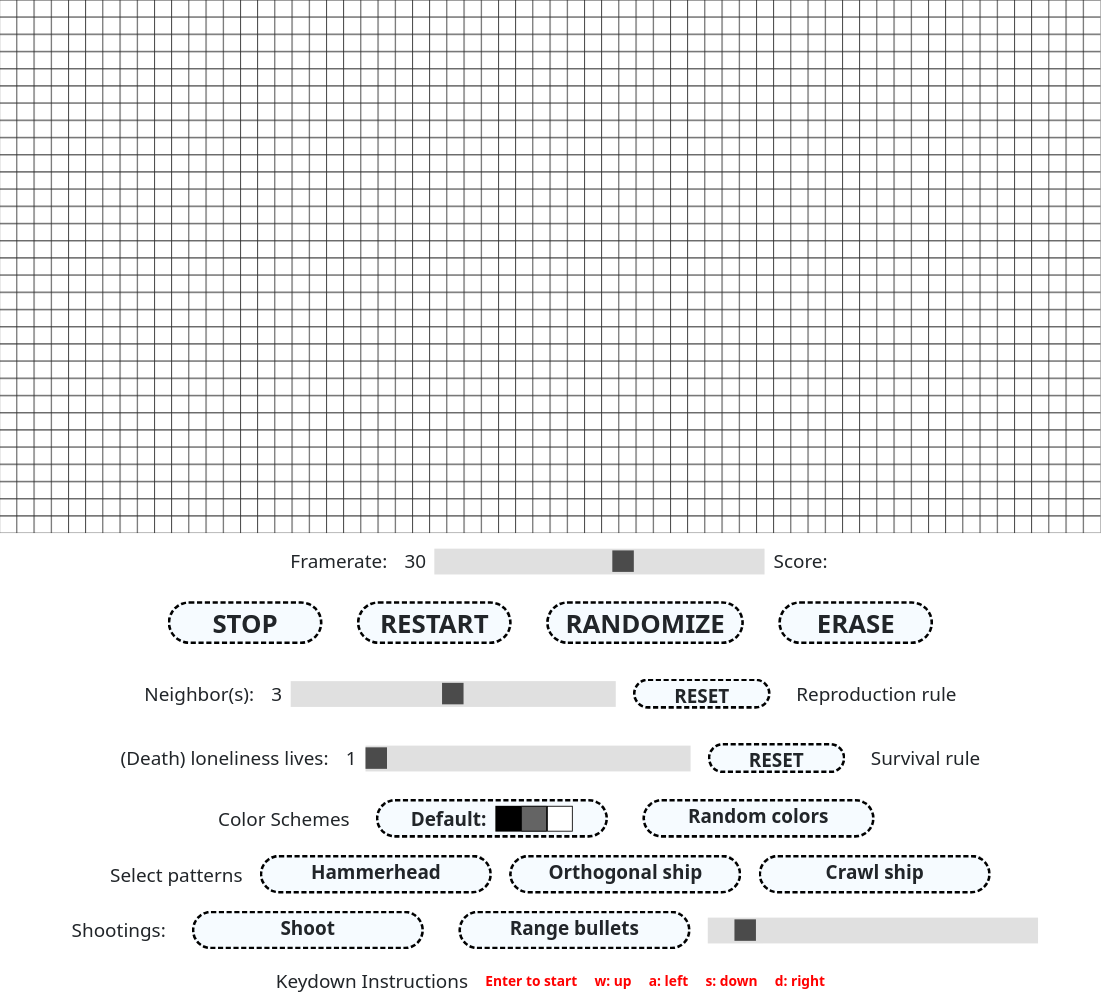
Repository: luckychxn123/game-of-life-22
Page: wef008.html
The author's editor kept a copy of each file at every save. The page is drawn from the files as they stood at one save, then again after the next save.
The browser window is 1280 px wide. The page is 1290 px wide, so the pictures cover 1290 px, including what lies to the right of the window. The pictures show the whole page, at 86% of full size.
Some web libraries are served in a nearby version.

Above is the page before, as saved 2022-08-20 22:32:26.

### wef008.html
<!DOCTYPE html>
<html lang="en">
<head>
    <meta charset="UTF-8">
    <meta http-equiv="X-UA-Compatible" content="IE=edge">
    <meta name="viewport" content="width=device-width, initial-scale=1.0">
    <title>game of life</title>
    <link href="https://cdn.jsdelivr.net/npm/bootstrap@5.0.2/dist/css/bootstrap.min.css"
        rel="stylesheet" integrity="sha384-EVSTQN3/azprG1Anm3QDgpJLIm9Nao0Yz1ztcQTwFspd3yD65VohhpuuCOmLASjC"
        crossorigin="anonymous">
        <link rel="stylesheet" href="wef008css.css"/>
</head>
<body>
    <div id='canvas'></div>
    <!-- <div class="sliderinfo">Current framerate: <span class="framerate">30</span>
    </div> -->
    <div class="framerateslider">
        <p>Framerate: </p>
        <span class="frvalue">30</span>
        <input type="range" min="3" max="50" value="30" class="slider">
        <div class="score">Score: </div>
    </div>
    <div class="ssbutton">
        <div class="startstop">STOP</div>
        <div class="restart">RESTART</div>
        <div class="randstart">RANDOMIZE</div>
        <div class="eraser">ERASE</div>
        <div class="neighborslider">
            <p>Neighbor(s): </p>
            <span class="nvalue">3</span>
            <input type="range" min="1" max="5" value="3" oninput="n1(this.value)" class="slider">
            <div class="resetneighbor2">RESET</div>
            <p>Reproduction rule</p>
          </div>
        <div class="survivalslider">
          <p>(Death) loneliness lives: </p>
          <span class="svalue">1</span>
          <input type="range" min="1" max="5" value="1" class="slider">
          <!-- [here][me] interesting fact: value='3' will always stay same, for front-end can only changes the input value in between,
            for JS can only take the value and do sth with that value-->
          <div class="resetsurvival">RESET</div>
          <p>Survival rule</p>
        </div>
        <div class="colorscheme">
            <p>Color Schemes </p>
            <div class="default">Default:
                <div class="fir"></div>
                <div class="sec"></div>
                <div class="thi"></div>
            </div>
            <div class="colorful">Random colors </div>
        </div>
        <div class="patternlist">
            <p>Select patterns</p>
            <div>Hammerhead</div>
            <div>Orthogonal ship</div>
            <div>Crawl ship</div>
        </div>
        <div class="keydownshoots">
            <p>Shootings:</p>
            <div>Shoot</div>
            <div>Range bullets</div>
            <input type="range" min="4" max="50" value="8" step="2" class="slider">
            <!-- <div></div> -->
        </div>
        <div class="keydowninstructions">
            <p>Keydown Instructions</p>
            <div>Enter to start</div>
            <div>w: up</div>
            <div>a: left</div>
            <div>s: down</div>
            <div>d: right</div>
        </div>
    </div>
    <script src="https://cdn.jsdelivr.net/npm/bootstrap@5.0.2/dist/js/bootstrap.bundle.min.js"
        integrity="sha384-MrcW6ZMFYlzcLA8Nl+NtUVF0sA7MsXsP1UyJoMp4YLEuNSfAP+JcXn/tWtIaxVXM"
        crossorigin="anonymous"></script>
    <script src="https://cdnjs.cloudflare.com/ajax/libs/p5.js/1.2.0/p5.js"></script>
    <script src="wef008js.js"></script>
</body>
</html>

### wef008css.css

.sliderinfo{
    font-size: 20px;
    /* text-align: center; */
    position: absolute;
    left: 500px;
}
/* .ssbuttons {
    display: flex;
    justify-content: center;
} */
.ssbutton{
    display: flex;
    justify-content: center;
    align-items: center;
    flex-wrap: wrap;
}
.startstop, .restart, .randstart, .eraser{
    background-color: rgba(240, 248, 255, 0.57);
    align-items: center;
    text-align: center;
    box-sizing: border-box;
    width: 180px;
    height: 50px;
    font-size: 30px;
    margin: 20px;
    border-radius: 25px;
    border: dashed 3px black;
    font-weight: bold;

}
.randstart{
    width: 230px;
}
.neighborslider, .survivalslider, .framerateslider {
    width: 100%; /* Width of the outside container */
    display:flex;
    justify-content: center;
    align-items: center;
    margin: 0 10px;
  }

  /* The slider itself */
  .neighborslider .slider,  .survivalslider .slider, .framerateslider .slider, .keydownshoots .slider{
    -webkit-appearance: none;  /* Override default CSS styles */
    appearance: none;
    width: 30%; /* Full-width */
    height: 30px; /* Specified height */
    background: #d3d3d3; /* Grey background */
    outline: none; /* Remove outline */
    opacity: 0.7; /* Set transparency (for mouse-over effects on hover) */

  }
  .neighborslider .slider::-webkit-slider-thumb,  .survivalslider .slider::-webkit-slider-thumb,
  .framerateslider .slider::-webkit-slider-thumb, .keydownshoots .slider::-webkit-slider-thumb{
    -webkit-appearance: none;
    appearance: none;
    width: 25px;
    height: 25px;
    background: black;
    cursor: pointer;
  }
  .neighborslider p,  .survivalslider p, .framerateslider p, .nvalue, .svalue, .frvalue,
  .colorscheme p,  .patternlist p, .keydowninstructions p, .keydownshoots p, .framerateslider .score{
    padding: 10px;
    font-size: 22px;
  }
  .neighborslider p,  .survivalslider p, .framerateslider p{
    margin: 0px;
  }
.resetneighbor2, .resetsurvival{
    /* this is for smaller butons - for slider */
    background-color: rgba(240, 248, 255, 0.57);
    text-align: center;
    box-sizing: border-box;
    width: 160px;
    height: 35px;
    font-size: 22px;
    margin: 20px 20px;
    border-radius: 25px;
    text-align: center;
    border: dashed 3px black;
    font-weight: bold;
}

.colorscheme, .patternlist, .keydowninstructions, .keydownshoots{
    display: flex;
    flex-wrap: wrap;
    justify-content: center;
    align-items: center;
    flex-wrap: wrap;
    width: 100%;
}

.colorscheme p , .patternlist p, .keydowninstructions p, .keydownshoots p{
    margin-bottom: 0;
}
.keydowninstructions{
    justify-content: center;
}
.keydowninstructions div {
    margin: 10px;
    color: red;
    font-weight: bold;
}
.default{
    display:flex;
    margin: 10px 16px;
    justify-content: center;
    align-items: center;
}
.default div{
    width: 30px;
    height: 30px;
}
.default .fir{
    background-color: black;
    margin-left: 10px;
}
.default .sec{
    background-color: rgb(100, 100, 100);
    box-sizing: border-box;
    border: solid black 1px;
}
.default .thi{
    background-color: rgb(255, 255, 255);
    box-sizing: border-box;
    border: solid black 1px;
}
.colorful, .default, .patternlist div, .keydownshoots div{
    background-color: rgba(240, 248, 255, 0.57);
    justify-content: center;
    align-items: center;
    box-sizing: border-box;
    width: 270px;
    height: 45px;
    font-size: 22px;
    margin: 10px 20px;
    border-radius: 25px;
    text-align: center;
    border: dashed 3px black;
    font-weight: bold;
}
.patternlist div{
    margin: 10px;
}

/* <div class="patternlist">Select patterns
<div>Hammerhead</div>
<div>Orthogonal ship</div>
<div>Bear</div>
</div> */

Loaded but not shown: wef008js.js (571 lines, source omitted)

After the next save:
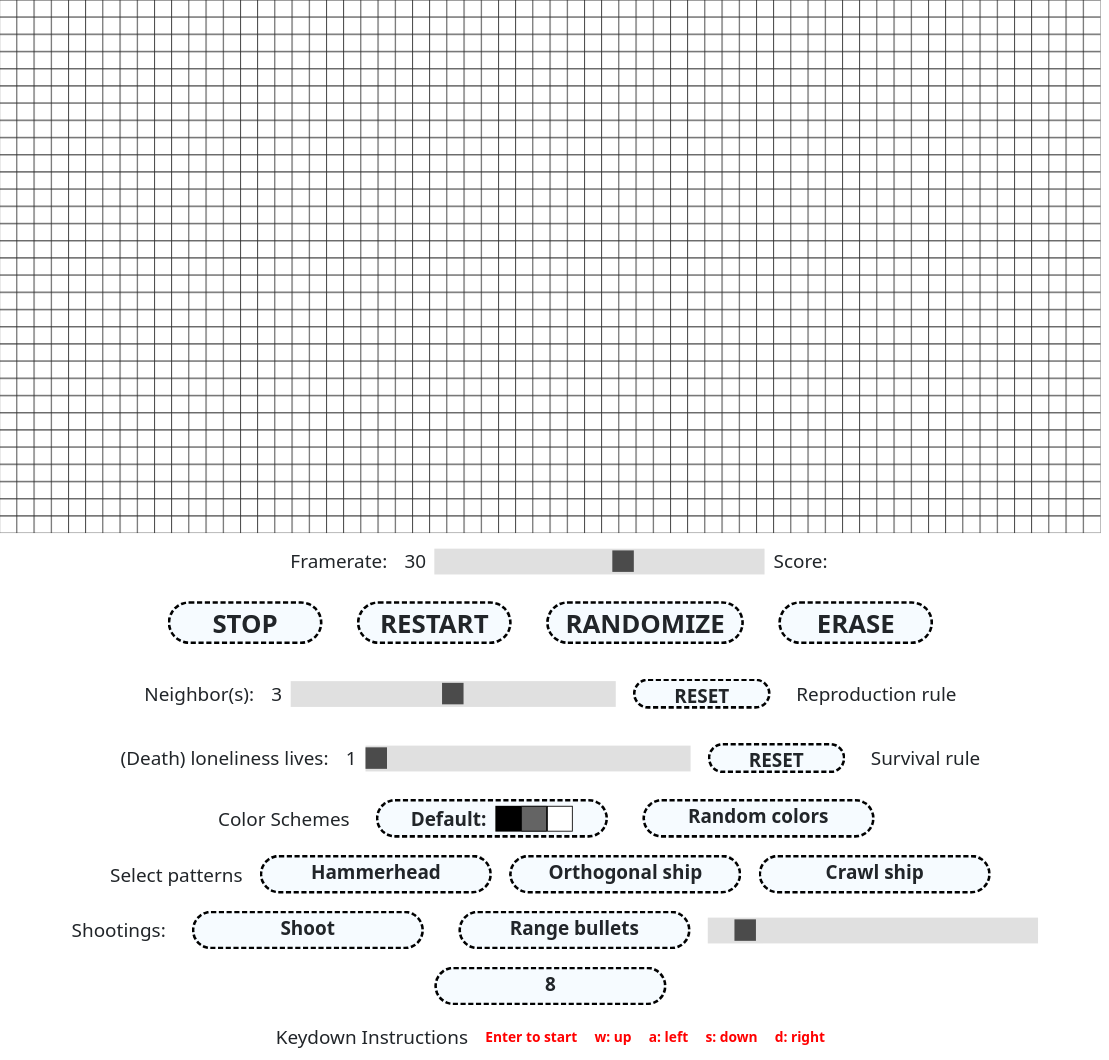
Saved 39 s later.
--- a/wef008.html
+++ b/wef008.html
@@ -61,6 +61,7 @@
             <div>Shoot</div>
             <div>Range bullets</div>
             <input type="range" min="4" max="50" value="8" step="2" class="slider">
+            <div class="value">8</div>
             <!-- <div></div> -->
         </div>
         <div class="keydowninstructions">
